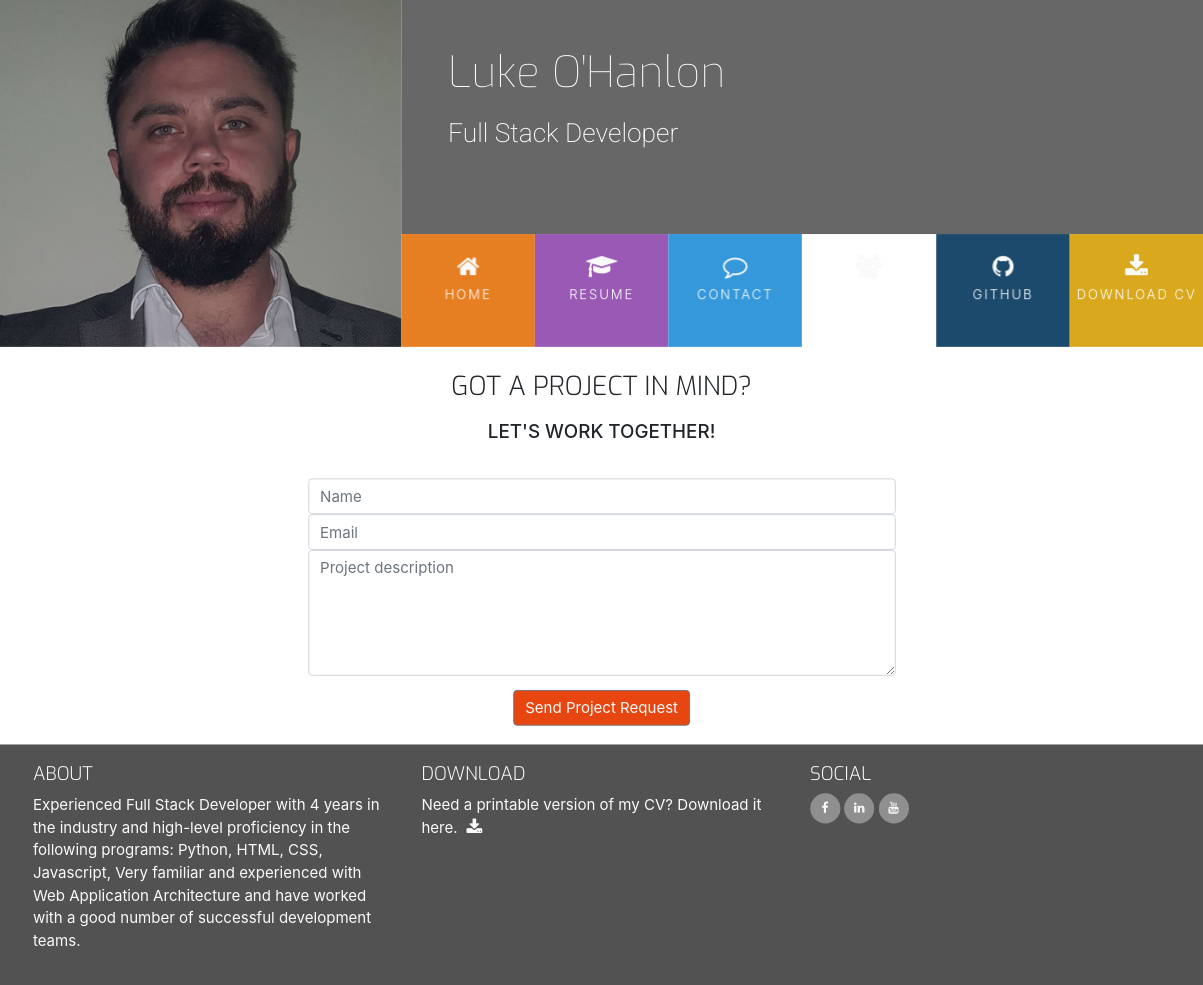
Repository: luke0han/my-resume
Page: contact.html
The author's editor kept a record of every edit. The page is drawn from the files as they stood at one moment, then again after the next edit.
The browser window is 1280 px wide. The pictures show the whole page, at 94% of full size.
Some web libraries are served in a nearby version.

Above is the page before.
Console error: ReferenceError: emailjs is not defined

After the next edit:
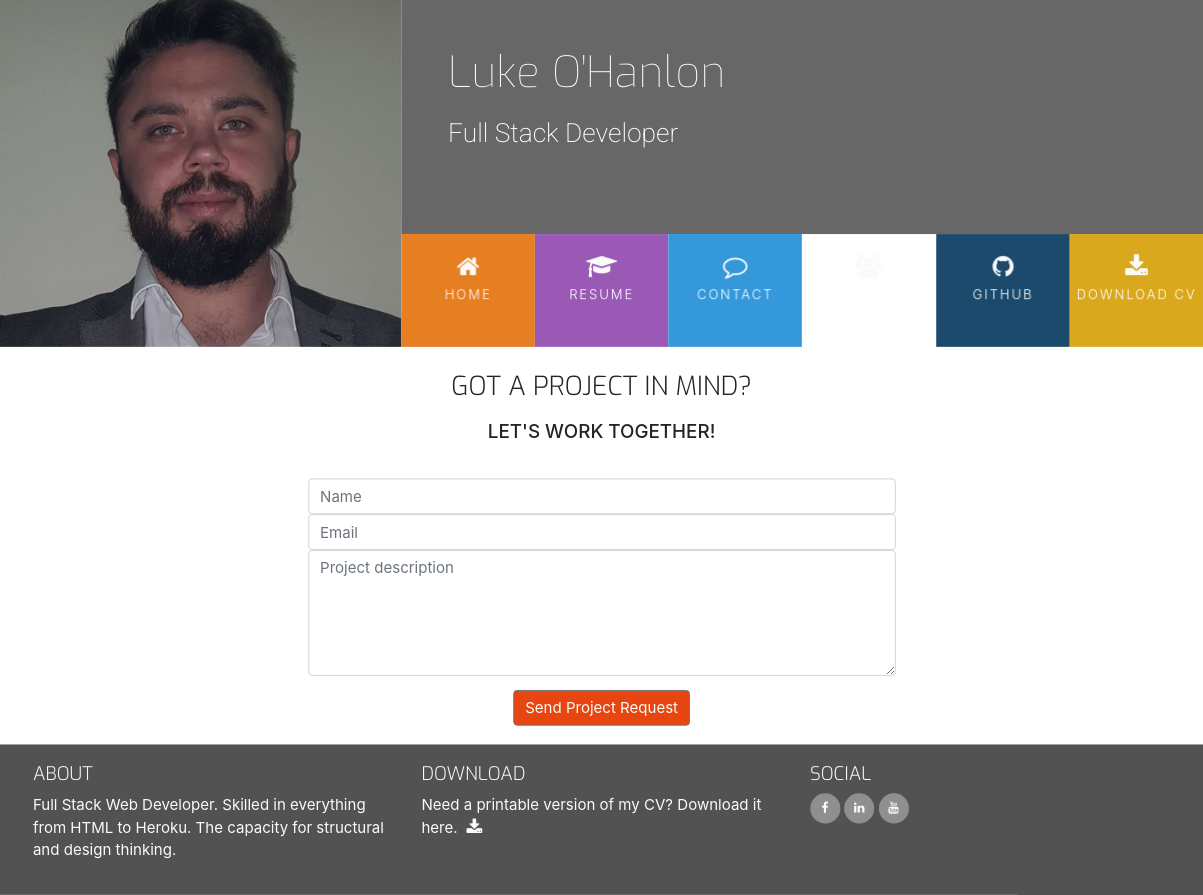
The edit:
--- a/contact.html
+++ b/contact.html
@@ -84,8 +84,7 @@
             <div class="col-sm-4">
                 <h5 class="uppercase general-sub">About</h5>
                 <p class="inline-block">
-                    Experienced Full Stack Developer with 4 years in the industry and high-level proficiency in the following programs: Python, HTML, CSS, Javascript, Very familiar and experienced with Web Application Architecture and have worked with a good number of successful
-                    development teams.
+                    Full Stack Web Developer. Skilled in everything from HTML to Heroku. The capacity for structural and design thinking.
                 </p>
             </div>
             <div class="col-sm-4">
